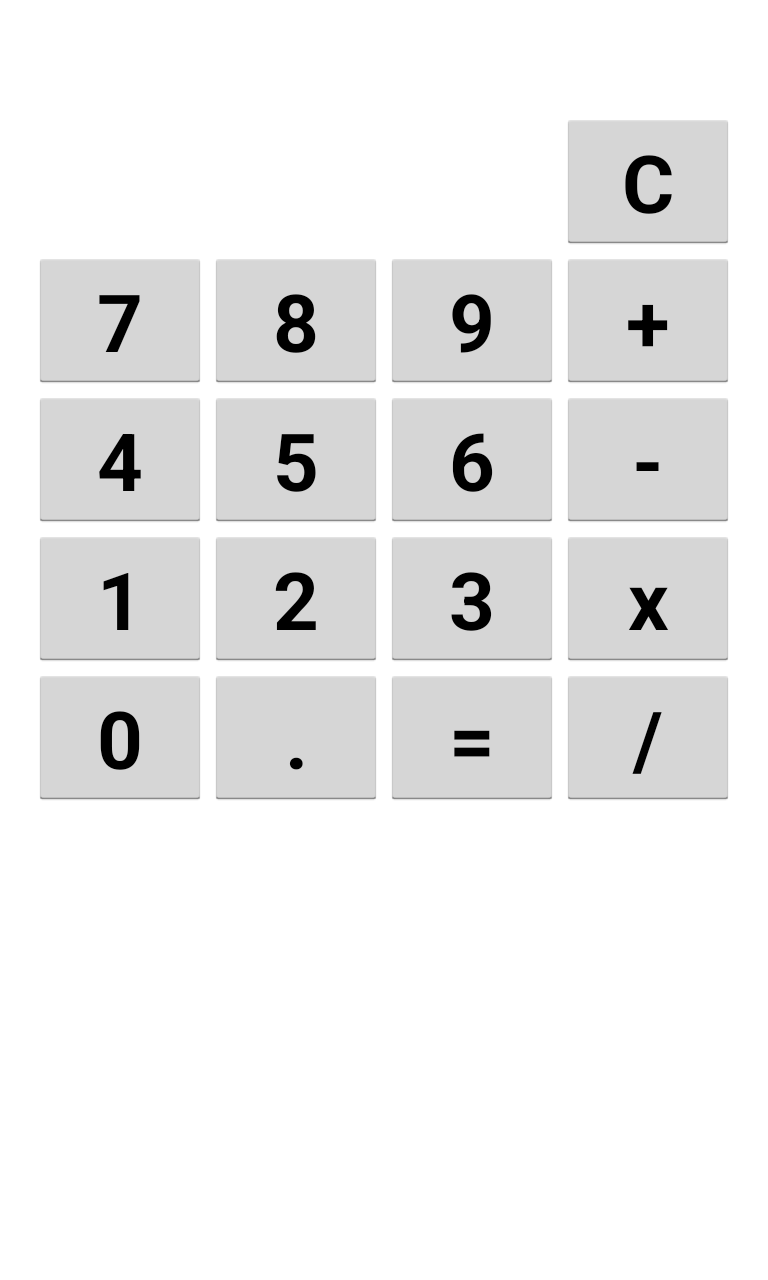
Repository: G3rcar/Android-I
Layout: SimpleCalculator/res/layout/activity_main.xml
An editor plug-in stored every save of this project. The layout is shown before and after the next save, followed by the edit.
It is drawn on a 768 x 1280 px phone screen (xhdpi) without system bars, with theme AppTheme; the app's code is not run.

Above is the layout before, as saved 2013-11-08 21:23:34.

### SimpleCalculator/res/layout/activity_main.xml
<ScrollView xmlns:android="http://schemas.android.com/apk/res/android"
    xmlns:tools="http://schemas.android.com/tools"
    android:id="@+id/ScrollView1"
    android:layout_width="match_parent"
    android:layout_height="wrap_content"
    android:paddingBottom="@dimen/activity_vertical_margin"
    android:paddingLeft="@dimen/activity_horizontal_margin"
    android:paddingRight="@dimen/activity_horizontal_margin"
    android:paddingTop="@dimen/activity_vertical_margin" >



    <LinearLayout
        android:layout_width="match_parent"
        android:layout_height="wrap_content"
        android:orientation="vertical" >

          <TextView
              android:id="@+id/txvOperaciones"
              android:layout_width="match_parent"
              android:layout_height="40dp" />

          <LinearLayout
              android:layout_width="match_parent"
              android:layout_height="wrap_content" >

              <TextView
                  android:id="@+id/txvResultado"
                  android:layout_width="0dp"
                  android:layout_weight="3"
                  android:layout_height="match_parent" />

              <Button
                  android:id="@+id/button1"
                  style="@style/botonNumero"
                  android:layout_width="0dp"
                  android:layout_height="wrap_content"
                  android:layout_weight="1"
                  android:text="C" />

          </LinearLayout>

          <LinearLayout
              android:layout_width="match_parent"
              android:layout_height="0dp"
              android:layout_weight="1" >

              <Button
                  android:id="@+id/btnSiete"
                  style="@style/botonNumero"
                  android:layout_width="0dp"
                  android:layout_height="wrap_content"
                  android:layout_weight="1"
                  android:text="@string/lblNumSiete" />

              <Button
                  android:id="@+id/btnOcho"
                  style="@style/botonNumero"
                  android:layout_width="0dp"
                  android:layout_height="wrap_content"
                  android:layout_weight="1"
                  android:text="@string/lblNumOcho" />

              <Button
                  android:id="@+id/btnNueve"
                  style="@style/botonNumero"
                  android:layout_width="0dp"
                  android:layout_height="wrap_content"
                  android:layout_weight="1"
                  android:text="@string/lblNumNueve" />

              <Button
                  android:id="@+id/btnMas"
                  style="@style/botonNumero"
                  android:layout_width="0dp"
                  android:layout_height="wrap_content"
                  android:layout_weight="1"
                  android:text="@string/lblMas" />

          </LinearLayout>

          <LinearLayout
              android:layout_width="match_parent"
              android:layout_height="0dp"
              android:layout_weight="1" >

              <Button
                  android:id="@+id/btnCuatro"
                  style="@style/botonNumero"
                  android:layout_width="0dp"
                  android:layout_height="wrap_content"
                  android:layout_weight="1"
                  android:text="@string/lblNumCuatro" />

              <Button
                  android:id="@+id/btnCinco"
                  style="@style/botonNumero"
                  android:layout_width="0dp"
                  android:layout_height="wrap_content"
                  android:layout_weight="1"
                  android:text="@string/lblNumCinco" />

              <Button
                  android:id="@+id/btnSeis"
                  style="@style/botonNumero"
                  android:layout_width="0dp"
                  android:layout_height="wrap_content"
                  android:layout_weight="1"
                  android:text="@string/lblNumSeis" />

              <Button
                  android:id="@+id/btnMenos"
                  style="@style/botonNumero"
                  android:layout_width="0dp"
                  android:layout_height="wrap_content"
                  android:layout_weight="1"
                  android:text="@string/lblMenos" />

          </LinearLayout>

          <LinearLayout
              android:layout_width="match_parent"
              android:layout_height="0dp"
              android:layout_weight="1" >

              <Button
                  android:id="@+id/btnUno"
                  style="@style/botonNumero"
                  android:layout_width="0dp"
                  android:layout_height="wrap_content"
                  android:layout_weight="1"
                  android:text="@string/lblNumUno" />

              <Button
                  android:id="@+id/btnDos"
                  style="@style/botonNumero"
                  android:layout_width="0dp"
                  android:layout_height="wrap_content"
                  android:layout_weight="1"
                  android:text="@string/lblNumDos" />

              <Button
                  android:id="@+id/btnTres"
                  style="@style/botonNumero"
                  android:layout_width="0dp"
                  android:layout_height="wrap_content"
                  android:layout_weight="1"
                  android:text="@string/lblNumTres" />

              <Button
                  android:id="@+id/btnMultiplicacion"
                  style="@style/botonNumero"
                  android:layout_width="0dp"
                  android:layout_height="wrap_content"
                  android:layout_weight="1"
                  android:text="@string/lblMultiplicacion" />

          </LinearLayout>

          <LinearLayout
              android:layout_width="match_parent"
              android:layout_height="0dp"
              android:layout_weight="1" >

              <Button
                  android:id="@+id/btnCero"
                  style="@style/botonNumero"
                  android:layout_width="0dp"
                  android:layout_height="wrap_content"
                  android:layout_weight="1"
                  android:text="@string/lblNumCero" />

              <Button
                  android:id="@+id/btnPunto"
                  style="@style/botonNumero"
                  android:layout_width="0dp"
                  android:layout_height="wrap_content"
                  android:layout_weight="1"
                  android:text="@string/lblPunto" />

              <Button
                  android:id="@+id/btnIgual"
                  style="@style/botonNumero"
                  android:layout_width="0dp"
                  android:layout_height="wrap_content"
                  android:layout_weight="1"
                  android:text="@string/lblIgual" />

              <Button
                  android:id="@+id/btnDivision"
                  style="@style/botonNumero"
                  android:layout_width="0dp"
                  android:layout_height="wrap_content"
                  android:layout_weight="1"
                  android:text="@string/lblDivision" />

          </LinearLayout>

    </LinearLayout>

</ScrollView>

### SimpleCalculator/res/values/styles.xml
<resources xmlns:android="http://schemas.android.com/apk/res/android">

    <!--
        Base application theme, dependent on API level. This theme is replaced
        by AppBaseTheme from res/values-vXX/styles.xml on newer devices.
    -->
    <style name="AppBaseTheme" parent="android:Theme.Light">
        <!--
            Theme customizations available in newer API levels can go in
            res/values-vXX/styles.xml, while customizations related to
            backward-compatibility can go here.
        -->
    </style>

    <!-- Application theme. -->
    <style name="AppTheme" parent="AppBaseTheme">
        <!-- All customizations that are NOT specific to a particular API-level can go here. -->
    </style>
    <style parent="buttonStyle" name="botonNumero">
        <item name="android:textSize">40sp</item>
        <item name="android:textStyle">bold</item>
    </style>

    <style parent="resultStyle" name="botonNumero">
        <item name="android:textSize">40sp</item>
        <item name="android:textStyle">bold</item>
    </style>



</resources>

### SimpleCalculator/res/values/strings.xml
<?xml version="1.0" encoding="utf-8"?>
<resources>

    <string name="app_name">Simple Calculator</string>
    <string name="action_settings">Settings</string>
    <string name="hello_world">Hello world!</string>
    <string name="lblNumSiete">7</string>
    <string name="lblNumOcho">8</string>
    <string name="lblNumNueve">9</string>
    <string name="lblMas">+</string>
    <string name="lblNumCuatro">4</string>
    <string name="lblNumCinco">5</string>
    <string name="lblNumSeis">6</string>
    <string name="lblMenos">-</string>
    <string name="lblNumUno">1</string>
    <string name="lblNumDos">2</string>
    <string name="lblNumTres">3</string>
    <string name="lblMultiplicacion">x</string>
    <string name="lblNumCero">0</string>
    <string name="lblPunto">.</string>
    <string name="lblIgual">=</string>
    <string name="lblDivision">/</string>

</resources>

Loaded but not shown: SimpleCalculator/res/values-v11/styles.xml (common file); SimpleCalculator/res/values-v14/styles.xml (common file); SimpleCalculator/res/values/dimens.xml (common file)

After the next save:
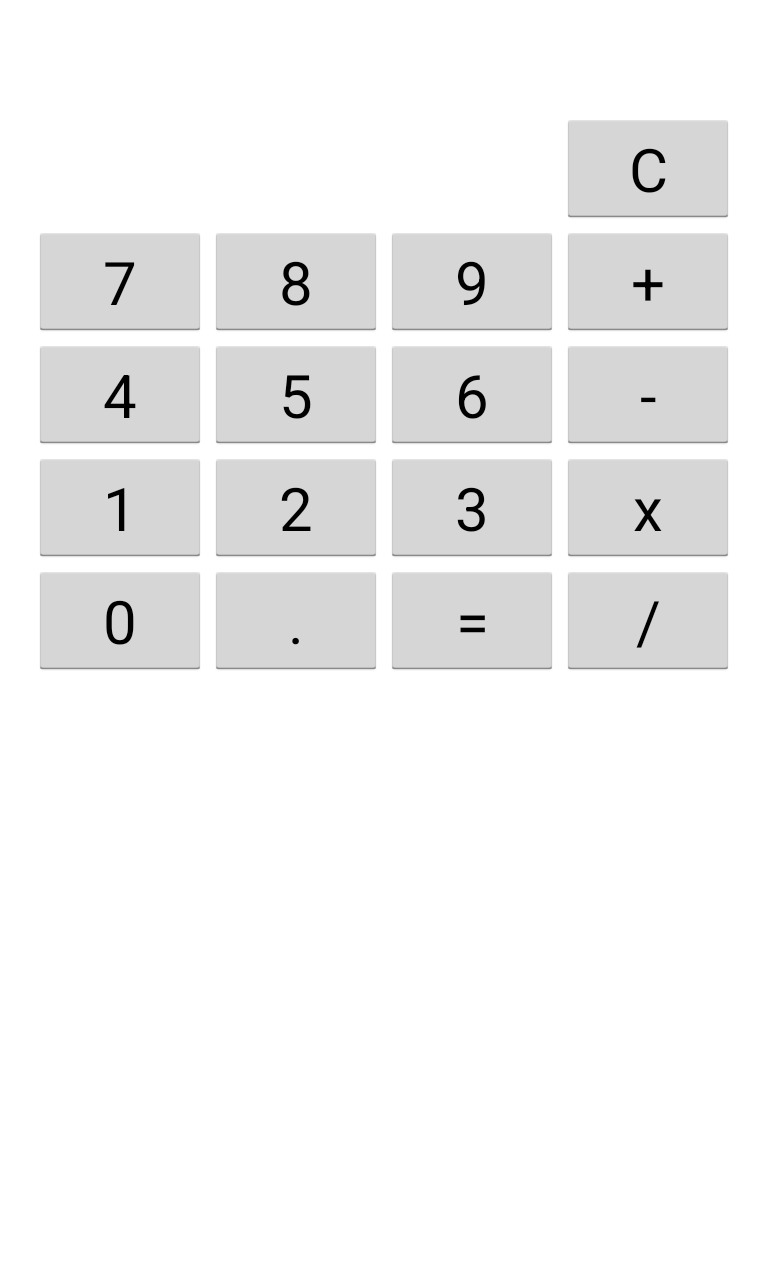
Saved 7 s later.
--- a/SimpleCalculator/res/values/styles.xml
+++ b/SimpleCalculator/res/values/styles.xml
@@ -22,8 +22,7 @@
     </style>
 
     <style parent="resultStyle" name="botonNumero">
-        <item name="android:textSize">40sp</item>
-        <item name="android:textStyle">bold</item>
+        <item name="android:textSize">30sp</item>
     </style>
 
 
